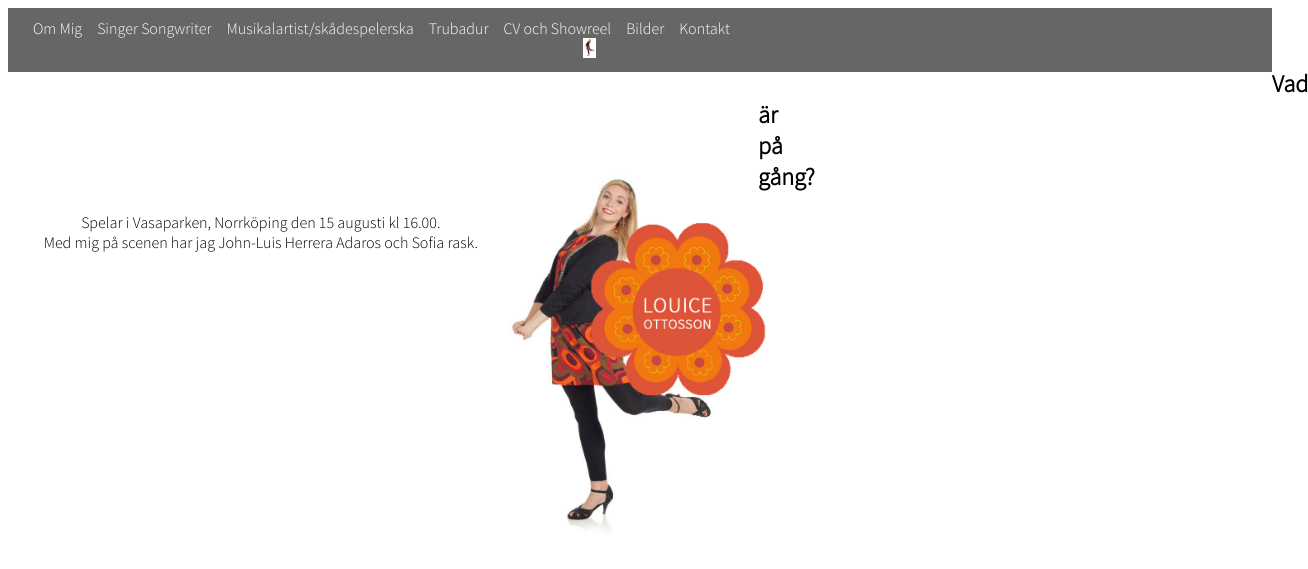
Repository: MarkusGirdland/LouiceOttosson
Page: index.html
The author's editor kept a record of every edit. The page is drawn from the files as they stood at one moment, then again after the next edit.
The browser window is 1280 px wide. The page is 1308 px wide, then 1280 px, so the pictures cover 1308 px, including what lies to the right of the window. The pictures show the whole page.

Above is the page before.

After the next edit:
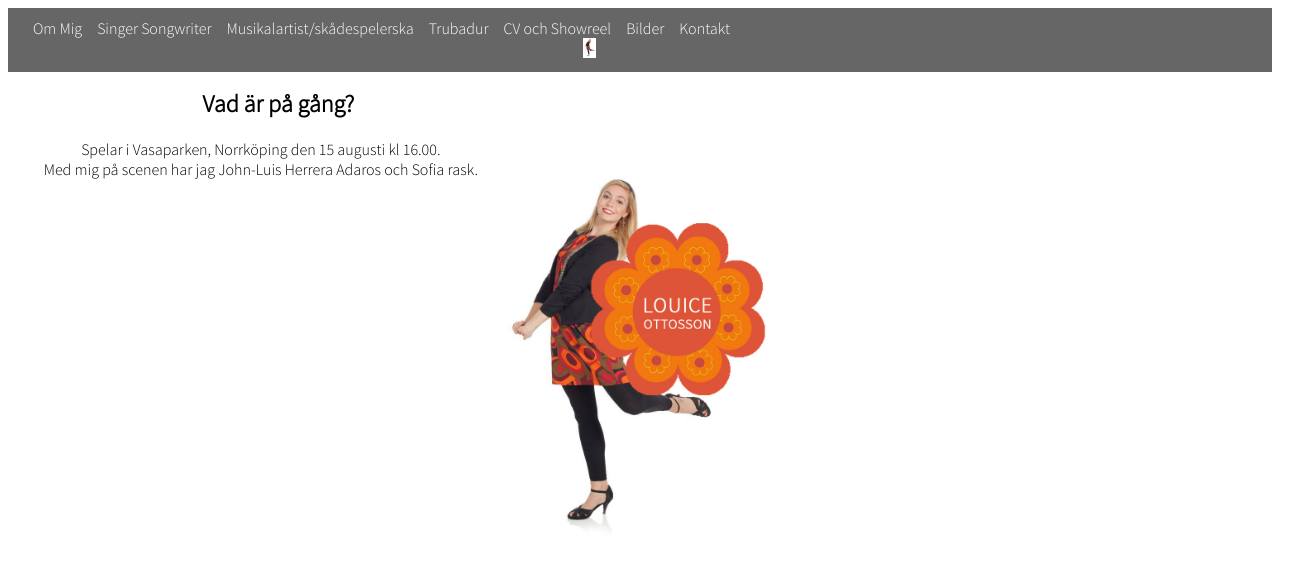
The edit:
--- a/css/basic.css
+++ b/css/basic.css
@@ -114,7 +114,7 @@
 }
 
 #indexh2 {
-    padding-left: 750px;
+    padding-left: 35px;
 }
 
 #CVtext .CVlink{
